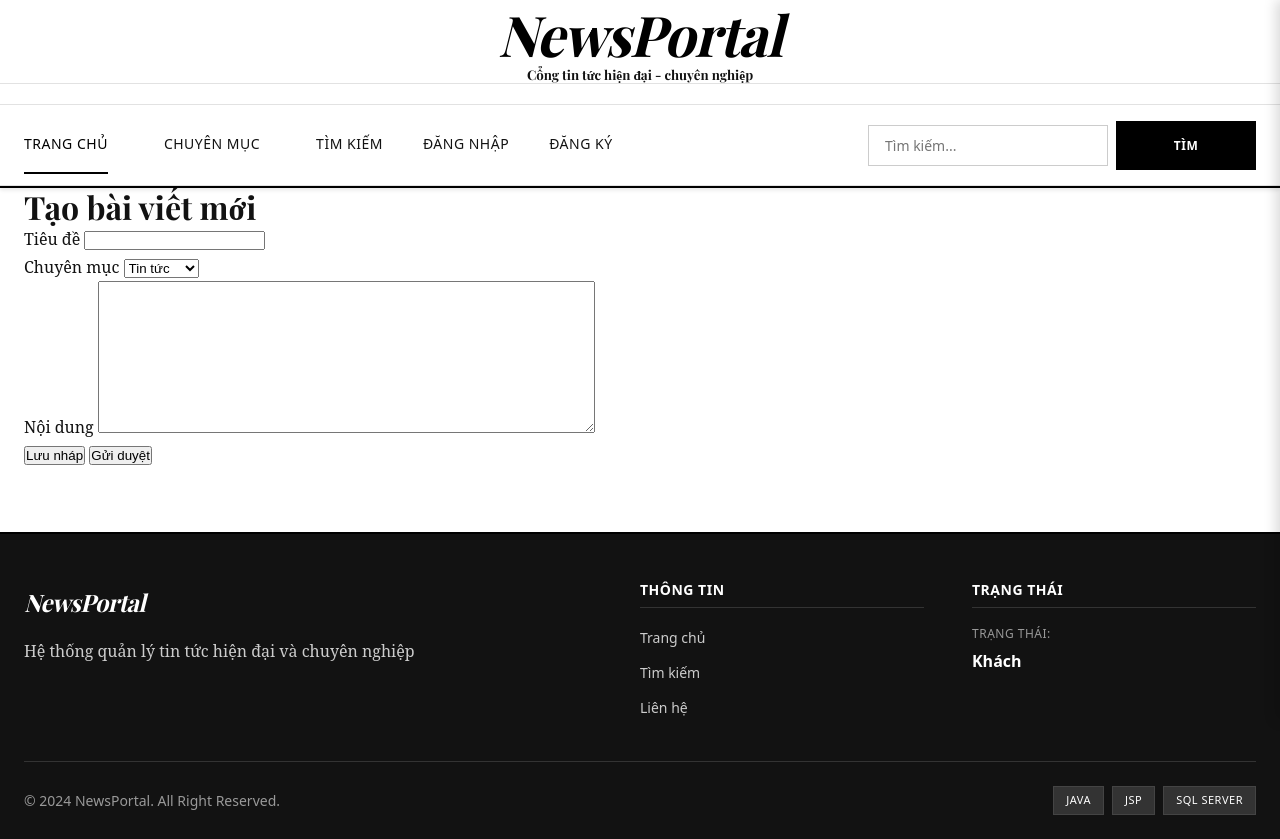
Repository: minhtvpy00202-git/Assignment_PY00202_MinhTV
Page: http://localhost/NewsPortal_PY00202/WEB-INF/views/reporter/post-create.jsp
These files come from the project's save history. The page is drawn as it stood at one moment and after the next save; the edit follows.
The browser window is 1280 px wide. The pictures show the whole page.
Some web fonts or font styles are not loaded; a fallback is used. The page is served by Tomcat 10. Nobody is signed in. The template is opened directly, without the code that normally fills it, so the values that code supplies are empty.

Above is the page before, as saved 2025-09-28 01:08:42.

After the next save:
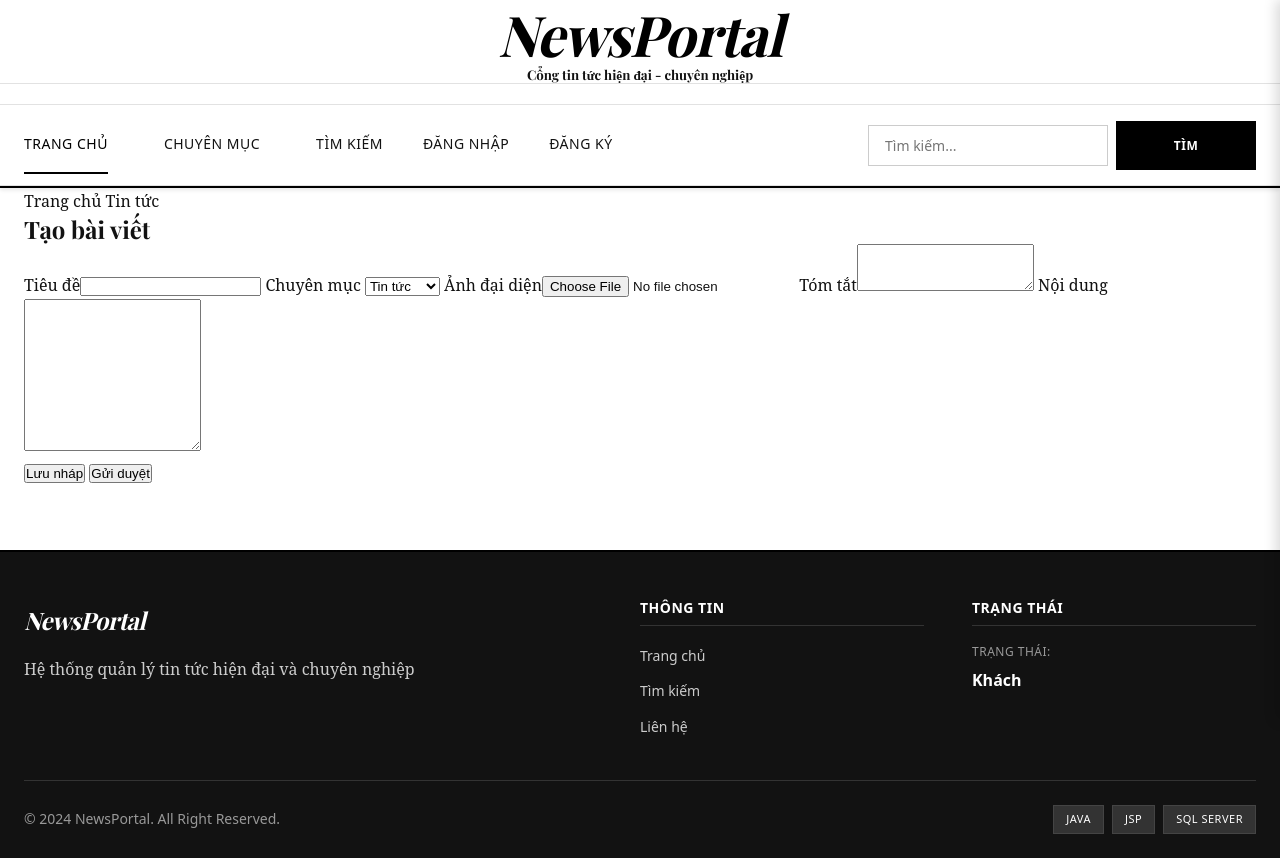
Saved 7 s later.
--- a/Assignment_NewsPortal/NewsPortal_PY00202/src/main/webapp/WEB-INF/views/reporter/post-create.jsp
+++ b/Assignment_NewsPortal/NewsPortal_PY00202/src/main/webapp/WEB-INF/views/reporter/post-create.jsp
@@ -1,20 +1,21 @@
 <%@ page contentType="text/html; charset=UTF-8" pageEncoding="UTF-8"%>
-<%@ include file="../layout/header.jsp" %>
-<main class="container">
-  <h1>Tạo bài viết mới</h1>
-  <form action="post-create" method="post">
-    <label>Tiêu đề</label>
-    <input type="text" name="title"><br>
-    <label>Chuyên mục</label>
-    <select name="category">
-      <option>Tin tức</option>
-      <option>Thể thao</option>
-      <option>Giải trí</option>
-    </select><br>
-    <label>Nội dung</label>
-    <textarea name="content" rows="10" cols="60"></textarea><br>
-    <button type="submit">Lưu nháp</button>
-    <button type="submit">Gửi duyệt</button>
-  </form>
+<%@ include file="/WEB-INF/views/layout/header.jsp" %>
+<main class="container with-aside">
+  <%@ include file="/WEB-INF/views/layout/admin-sidebar.jsp" %>
+  <section class="content">
+    <h1>Tạo bài viết</h1>
+    <form class="form" action="${pageContext.request.contextPath}/reporter/post/create" method="post" enctype="multipart/form-data">
+      <label>Tiêu đề</label><input name="title" required>
+      <label>Chuyên mục</label>
+      <select name="category"><option>Tin tức</option><option>Thể thao</option><option>Giải trí</option></select>
+      <label>Ảnh đại diện</label><input type="file" name="thumbnail">
+      <label>Tóm tắt</label><textarea name="summary" rows="3"></textarea>
+      <label>Nội dung</label><textarea name="content" rows="10"></textarea>
+      <div class="actions">
+        <button name="action" value="draft">Lưu nháp</button>
+        <button name="action" value="submit">Gửi duyệt</button>
+      </div>
+    </form>
+  </section>
 </main>
-<%@ include file="../layout/footer.jsp" %>
+<%@ include file="/WEB-INF/views/layout/footer.jsp" %>
